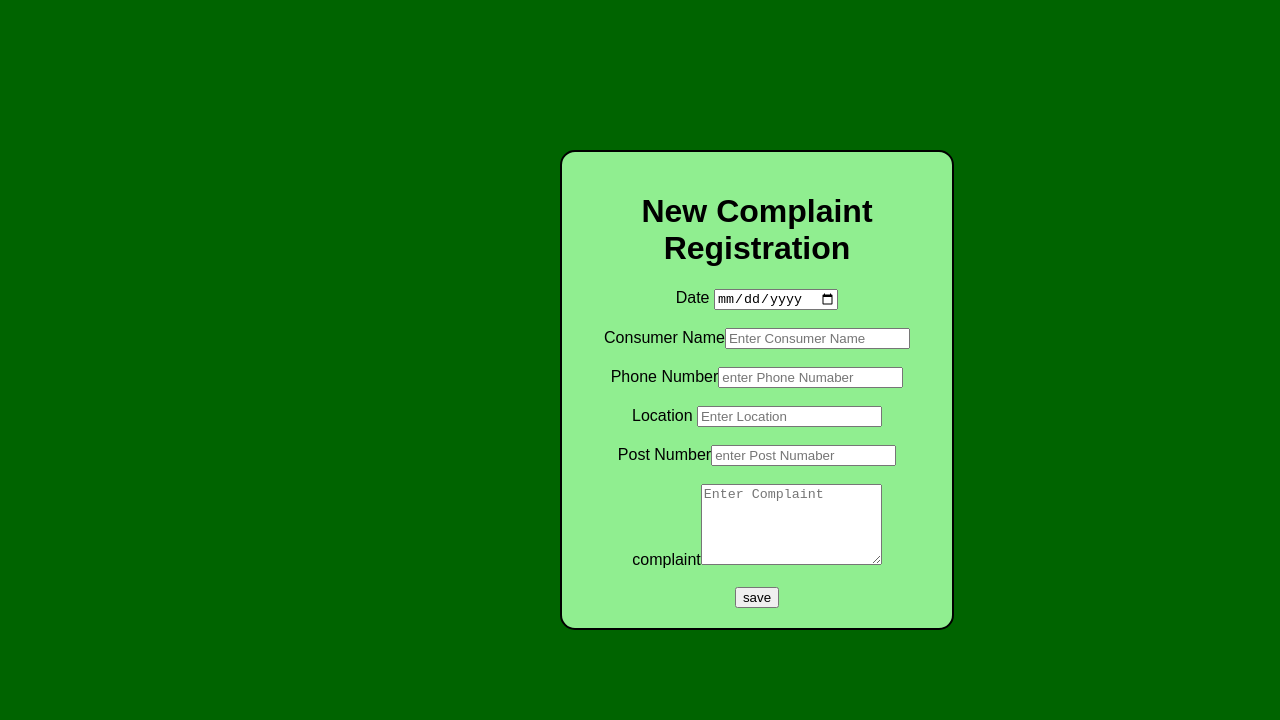
Repository: Jobinte/KSEB-PROJECT
Page: KSEB-complaint-management/WebContent/complaintRegistration.html
The author's editor kept a copy of each file at every save. The page is drawn from the files as they stood at one save, then again after the next save.
The browser window is 1280 px wide. The pictures show the whole page.

Above is the page before, as saved 2023-11-22 07:58:02.

After the next save:
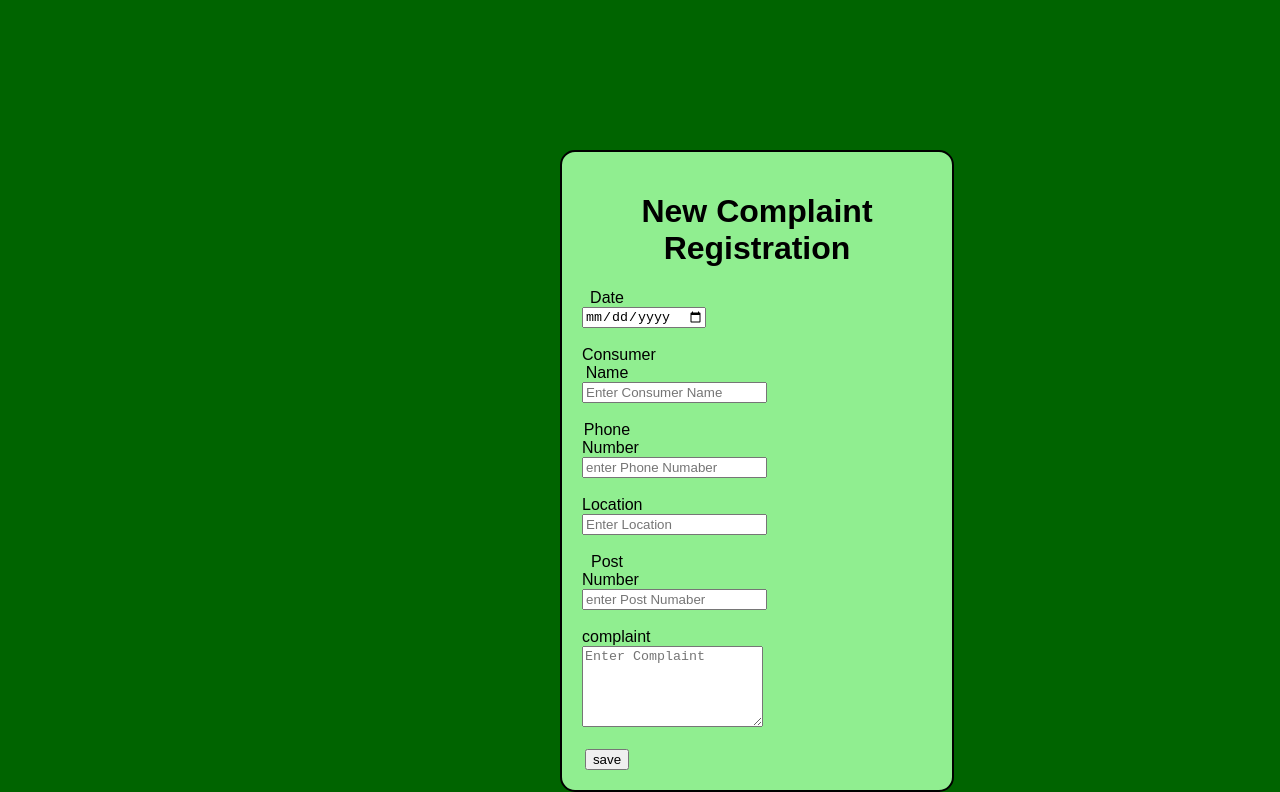
Saved 20 s later.
--- a/KSEB-complaint-management/WebContent/css/complaitReg.css
+++ b/KSEB-complaint-management/WebContent/css/complaitReg.css
@@ -27,7 +27,8 @@
 	text-align:center;
 }
  .demo{
- diplay:inline;
-
+ diplay:inline-block;
+ width:50px;
+ margin-top:10px;
 
  }

After the 2 saves that followed:
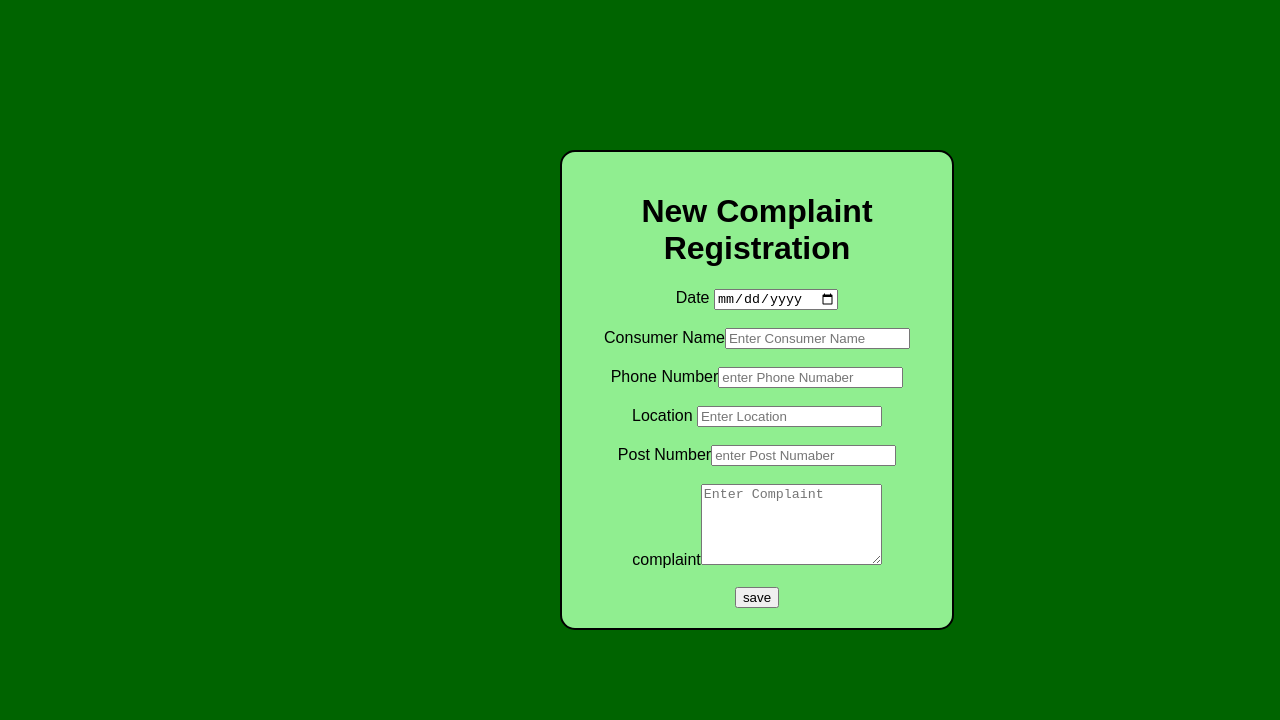
The 2 saves are shown as one change because 1 left the picture as it was.
The last was saved 50 s later.
--- a/KSEB-complaint-management/WebContent/css/complaitReg.css
+++ b/KSEB-complaint-management/WebContent/css/complaitReg.css
@@ -26,9 +26,3 @@
 	background-color:lightgreen;
 	text-align:center;
 }
- .demo{
- diplay:inline-block;
- width:50px;
- margin-top:10px;
-
- }
